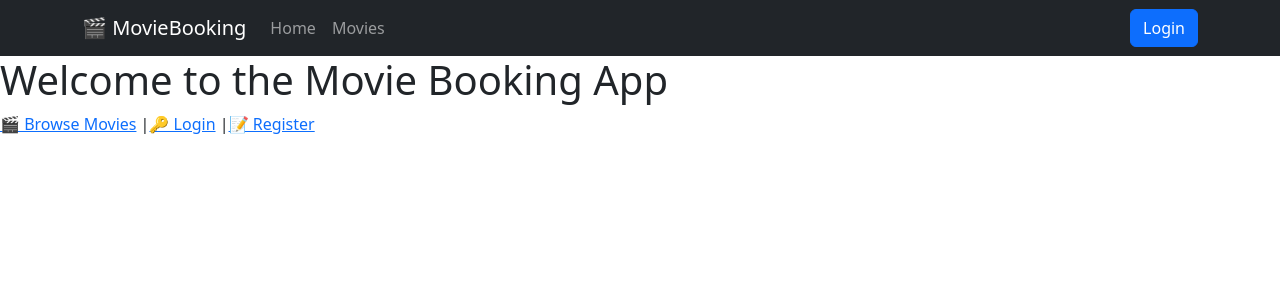
Repository: AshwinUgale/MovieBookingFrontend
Page: /
The author's editor kept a copy of each file at every save. The page is drawn from the files as they stood at one save, then again after a run of saves.
The browser window is 1280 px wide. The pictures show the whole page.
The project was rebuilt for these pictures with package versions that can differ from the ones it lists, and the page was loaded fresh each time. Also part of the build but not shown: src/pages/LoginPage.js, src/services/api.js, src/pages/RegisterPage.js, src/pages/DashboardPage.js, src/utils/PrivateRoute.js, src/pages/MovieList.js, src/pages/ShowtimesPage.js, src/pages/AdminMoviePage.js and 5 more.

Above is the page before, as saved 2025-02-12 17:23:42.

After the next 2 saves:
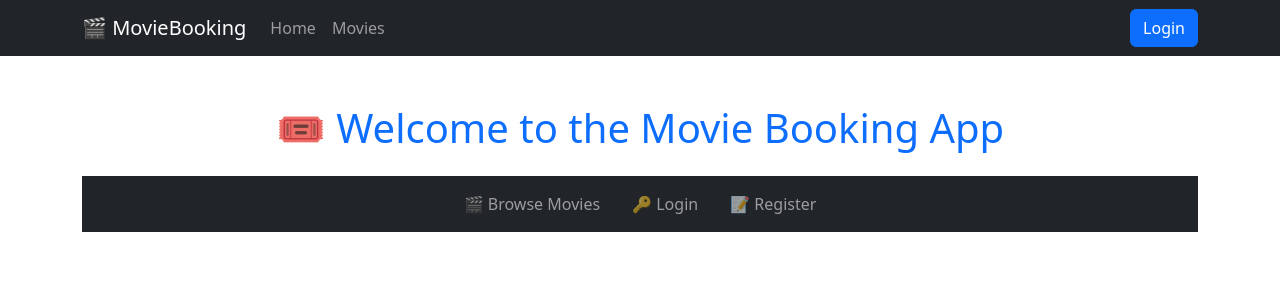
The 2 saves are shown as one change because 1 did not build or start.
The last was saved 92 s later.
--- a/src/pages/HomePage.js
+++ b/src/pages/HomePage.js
@@ -1,4 +1,5 @@
 import { Link, useNavigate } from "react-router-dom";
+import { Container, Button, Navbar, Nav } from "react-bootstrap";
 
 const HomePage = () => {
   const navigate = useNavigate();
@@ -10,25 +11,34 @@
   };
 
   return (
-    <div>
-      <h1>Welcome to the Movie Booking App</h1>
-      <nav>
-        <Link to="/movies">🎬 Browse Movies</Link> |
-        {!isAuthenticated ? (
-          <>
-            <Link to="/login">🔑 Login</Link> |
-            <Link to="/register">📝 Register</Link>
-          </>
-        ) : (
-          <>
-            <Link to="/dashboard">📋 Dashboard</Link> |
-            <button onClick={handleLogout} style={{ background: "red", color: "white", border: "none", padding: "5px 10px", cursor: "pointer" }}>
-              🚪 Logout
-            </button>
-          </>
-        )}
-      </nav>
-    </div>
+    <Container className="text-center mt-5">
+      {/* Header */}
+      <h1 className="text-primary mb-4">🎟️ Welcome to the Movie Booking App</h1>
+
+      {/* Navigation Links */}
+      <Navbar bg="dark" variant="dark" expand="md" className="justify-content-center">
+        <Nav>
+          <Nav.Link as={Link} to="/movies" className="mx-2">🎬 Browse Movies</Nav.Link>
+          {!isAuthenticated ? (
+            <>
+              <Nav.Link as={Link} to="/login" className="mx-2">🔑 Login</Nav.Link>
+              <Nav.Link as={Link} to="/register" className="mx-2">📝 Register</Nav.Link>
+            </>
+          ) : (
+            <>
+              <Nav.Link as={Link} to="/dashboard" className="mx-2">📋 Dashboard</Nav.Link>
+              <Button
+                variant="danger"
+                onClick={handleLogout}
+                className="mx-2"
+              >
+                🚪 Logout
+              </Button>
+            </>
+          )}
+        </Nav>
+      </Navbar>
+    </Container>
   );
 };
 

After the save that followed:
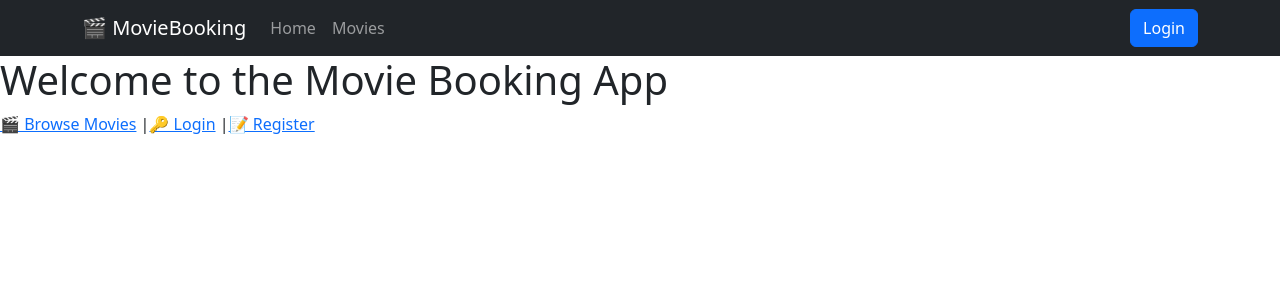
Saved 19 s later.
--- a/src/pages/HomePage.js
+++ b/src/pages/HomePage.js
@@ -1,5 +1,4 @@
 import { Link, useNavigate } from "react-router-dom";
-import { Container, Button, Navbar, Nav } from "react-bootstrap";
 
 const HomePage = () => {
   const navigate = useNavigate();
@@ -11,34 +10,25 @@
   };
 
   return (
-    <Container className="text-center mt-5">
-      {/* Header */}
-      <h1 className="text-primary mb-4">🎟️ Welcome to the Movie Booking App</h1>
-
-      {/* Navigation Links */}
-      <Navbar bg="dark" variant="dark" expand="md" className="justify-content-center">
-        <Nav>
-          <Nav.Link as={Link} to="/movies" className="mx-2">🎬 Browse Movies</Nav.Link>
-          {!isAuthenticated ? (
-            <>
-              <Nav.Link as={Link} to="/login" className="mx-2">🔑 Login</Nav.Link>
-              <Nav.Link as={Link} to="/register" className="mx-2">📝 Register</Nav.Link>
-            </>
-          ) : (
-            <>
-              <Nav.Link as={Link} to="/dashboard" className="mx-2">📋 Dashboard</Nav.Link>
-              <Button
-                variant="danger"
-                onClick={handleLogout}
-                className="mx-2"
-              >
-                🚪 Logout
-              </Button>
-            </>
-          )}
-        </Nav>
-      </Navbar>
-    </Container>
+    <div>
+      <h1>Welcome to the Movie Booking App</h1>
+      <nav>
+        <Link to="/movies">🎬 Browse Movies</Link> |
+        {!isAuthenticated ? (
+          <>
+            <Link to="/login">🔑 Login</Link> |
+            <Link to="/register">📝 Register</Link>
+          </>
+        ) : (
+          <>
+            <Link to="/dashboard">📋 Dashboard</Link> |
+            <button onClick={handleLogout} style={{ background: "red", color: "white", border: "none", padding: "5px 10px", cursor: "pointer" }}>
+              🚪 Logout
+            </button>
+          </>
+        )}
+      </nav>
+    </div>
   );
 };
 
